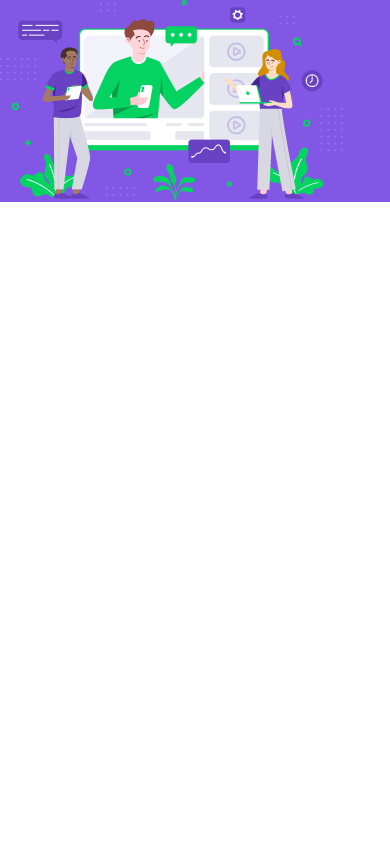
Repository: R4YC0NLima/Proffy_nlw
Screen: / (app in proffy_mobile/)
These files come from the project's save history. The screen is drawn as it stood at one moment and after a run of saves; the edit follows.
The app was drawn by React Native's web renderer in a window 390 px wide. The project was rebuilt for these pictures with package versions that can differ from the ones it lists, and the page was loaded fresh each time.

Above is the screen before, as saved 2020-08-12 08:32:43.

After the next 2 saves:
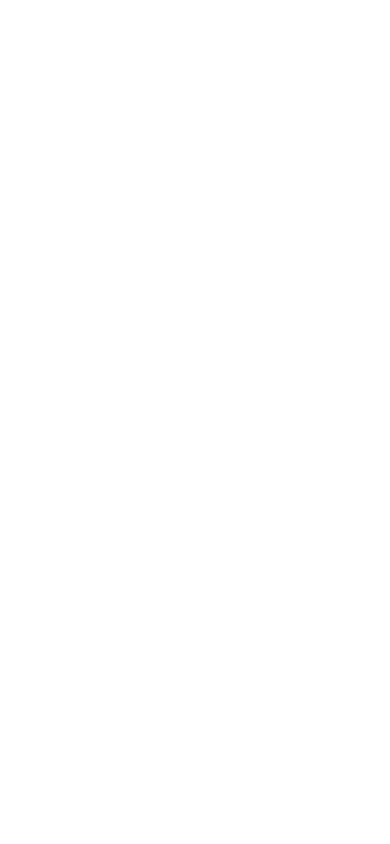
The 2 saves are shown as one change because they came seconds apart.
The last was saved 7 s later.
--- a/proffy_mobile/src/pages/Landing/index.tsx
+++ b/proffy_mobile/src/pages/Landing/index.tsx
@@ -6,11 +6,8 @@
 import landingImg from '../../assets/images/landing.png';
 
 function Landing() {
-  return (
-    <View style={styles.container}>
-      <Image source={landingImg} />
-    </View>
-  );
+
+
 }
 
 export default Landing;

After the 3 saves that followed:
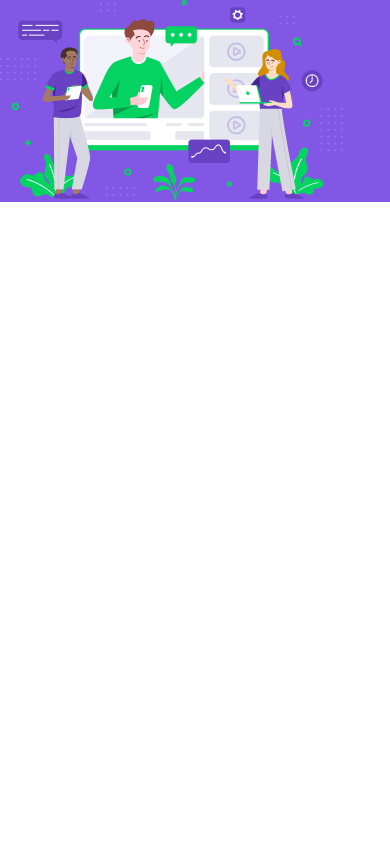
The 3 saves are shown as one change because they came seconds apart.
The last was saved 14 s later.
--- a/proffy_mobile/src/pages/Landing/index.tsx
+++ b/proffy_mobile/src/pages/Landing/index.tsx
@@ -6,8 +6,11 @@
 import landingImg from '../../assets/images/landing.png';
 
 function Landing() {
-
-
+  return (
+    <View style={styles.container}>
+      <Image source={landingImg} />
+    </View>
+  );
 }
 
 export default Landing;
